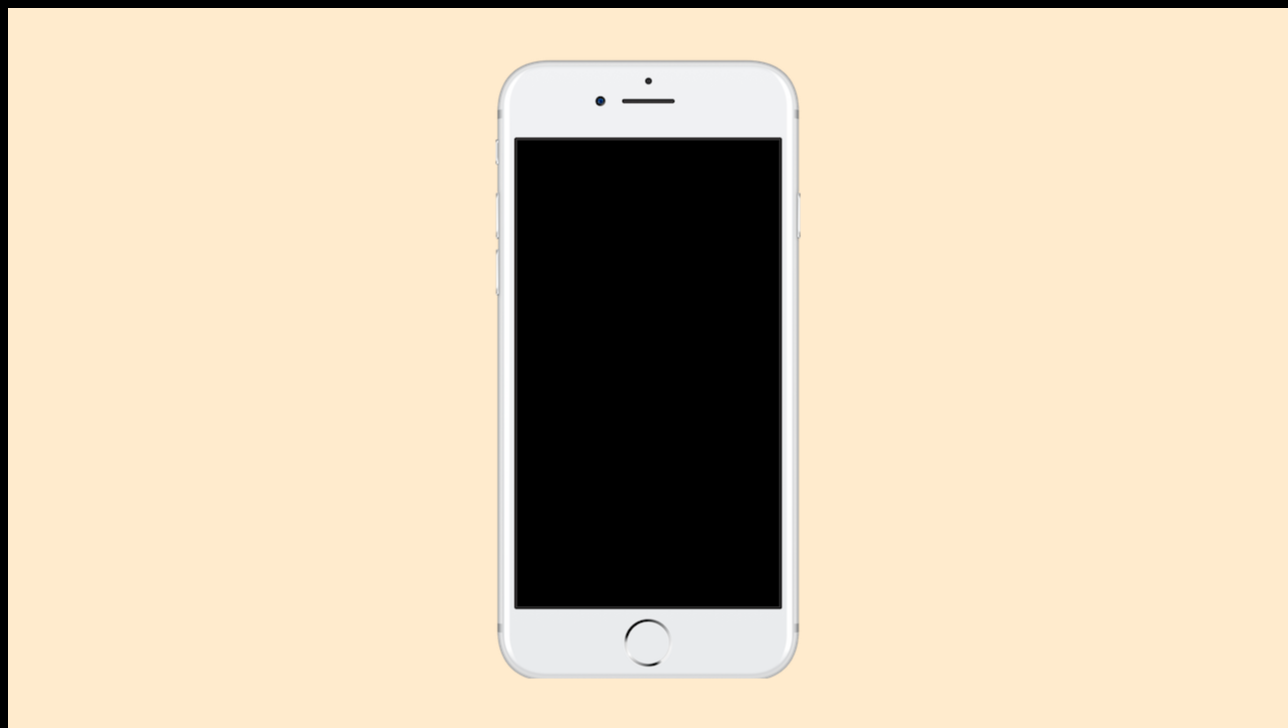
Repository: DorivalJunior14/Projeto-social
Page: index.html
The author's editor kept a copy of each file at every save. The page is drawn from the files as they stood at one save, then again after the next save.
The browser window is 1280 px wide. The page is 1288 px wide, so the pictures cover 1288 px, including what lies to the right of the window. The pictures show the whole page.

Above is the page before, as saved 2022-06-24 14:15:27.

### index.html
<!DOCTYPE html>
<html lang="pt-br">
<head>
    <meta charset="UTF-8">
    <meta http-equiv="X-UA-Compatible" content="IE=edge">
    <meta name="viewport" content="width=device-width, initial-scale=1.0">
    <link rel="shortcut icon" href="favicon.ico" type="image/x-icon">
    <link rel="stylesheet" href="estilos/style.css">
    <title>Projeto redes sociais</title>

</head>
<body>
  <main>
    <section id="telefone">
    </section>
    <section id="redes-sociais">
    </section>
  </main>
</body>
</html>

### estilos/style.css
@charset "UTF-8"

*{
    margin: 0px;
    padding: 0px;
    font-family: Arial, Helvetica, sans-serif;
}

html, body {
    height: 100vh;
    width: 100vw;
    background-color: black;

}

main {
    position: relative;
    height: 100vh;
    background-color: blanchedalmond;
}

section#telefone {
    position: absolute;
    top: 50%;
    left: 50%;
    transform: translate(-50%,-50%);
    height: 621px;
    width: 311px;
    background-color: blue;
    background: url('../imagens/frame-iphone.png');
    transform: translate(-50%,-50%);
    -webkit-transform: translate(-50%,-50%);
    -moz-transform: translate(-50%,-50%);
    -ms-transform: translate(-50%,-50%);
    -o-transform: translate(-50%,-50%);
}

After the next save:
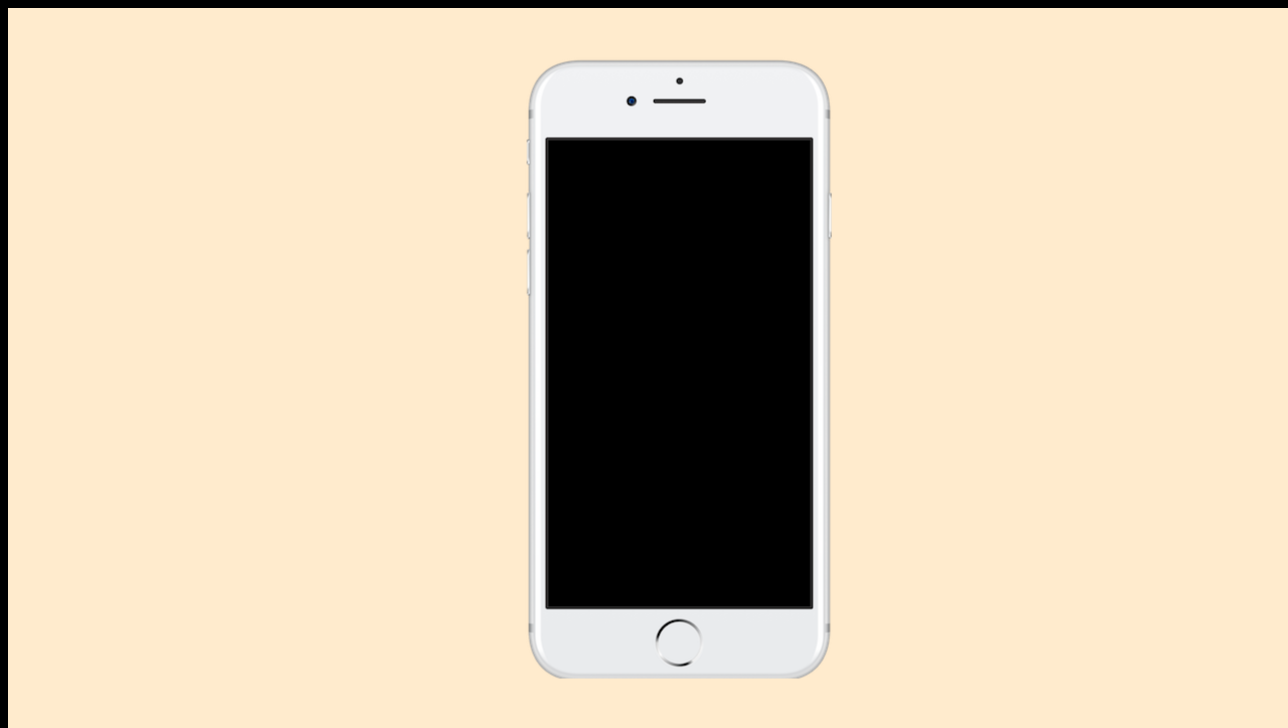
Saved 5 s later.
--- a/estilos/style.css
+++ b/estilos/style.css
@@ -28,9 +28,9 @@ section#telefone {
     width: 311px;
     background-color: blue;
     background: url('../imagens/frame-iphone.png');
-    transform: translate(-50%,-50%);
-    -webkit-transform: translate(-50%,-50%);
-    -moz-transform: translate(-50%,-50%);
-    -ms-transform: translate(-50%,-50%);
-    -o-transform: translate(-50%,-50%);
+    transform: translate(-40%,-50%);
+    -webkit-transform: translate(-40%,-50%);
+    -moz-transform: translate(-40%,-50%);
+    -ms-transform: translate(-40%,-50%);
+    -o-transform: translate(-40%,-50%);
 }
